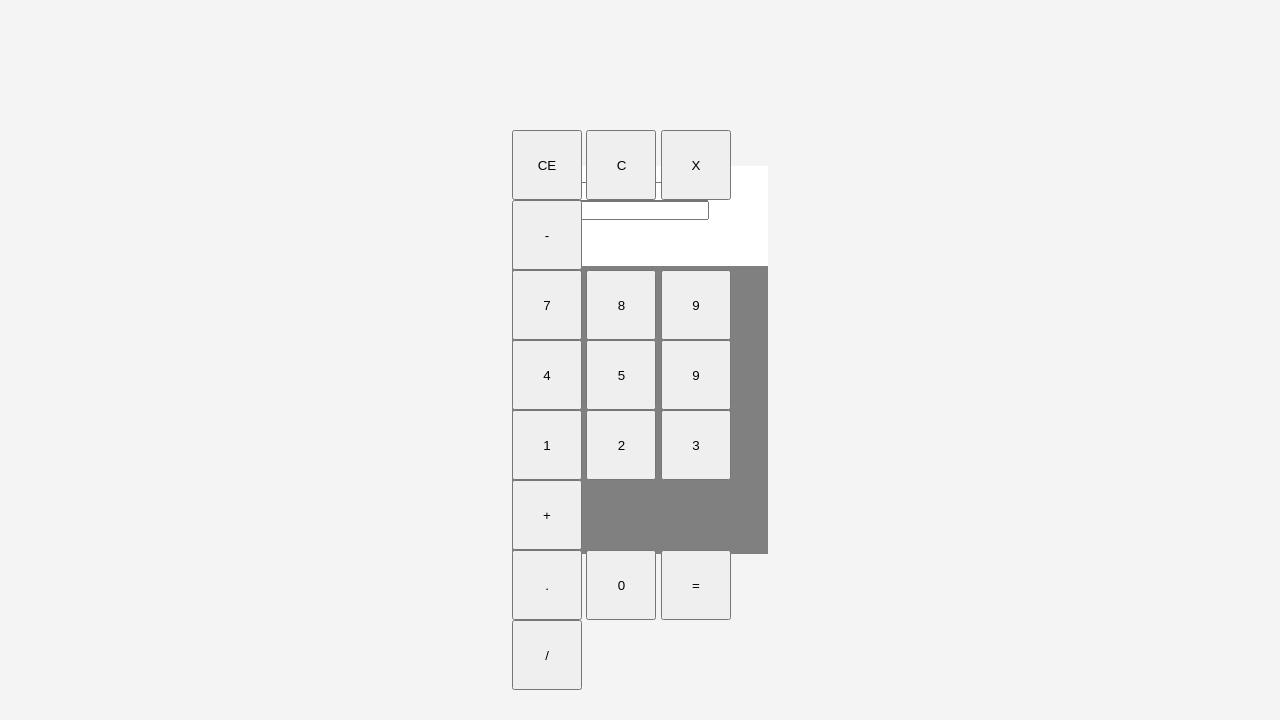
Repository: DNature/calc
Page: index.html
These files come from the project's save history. The page is drawn as it stood at one moment and after the next save; the edit follows.
The browser window is 1280 px wide. The pictures show the whole page.

Above is the page before, as saved 2019-11-20 23:34:56.

After the next save:
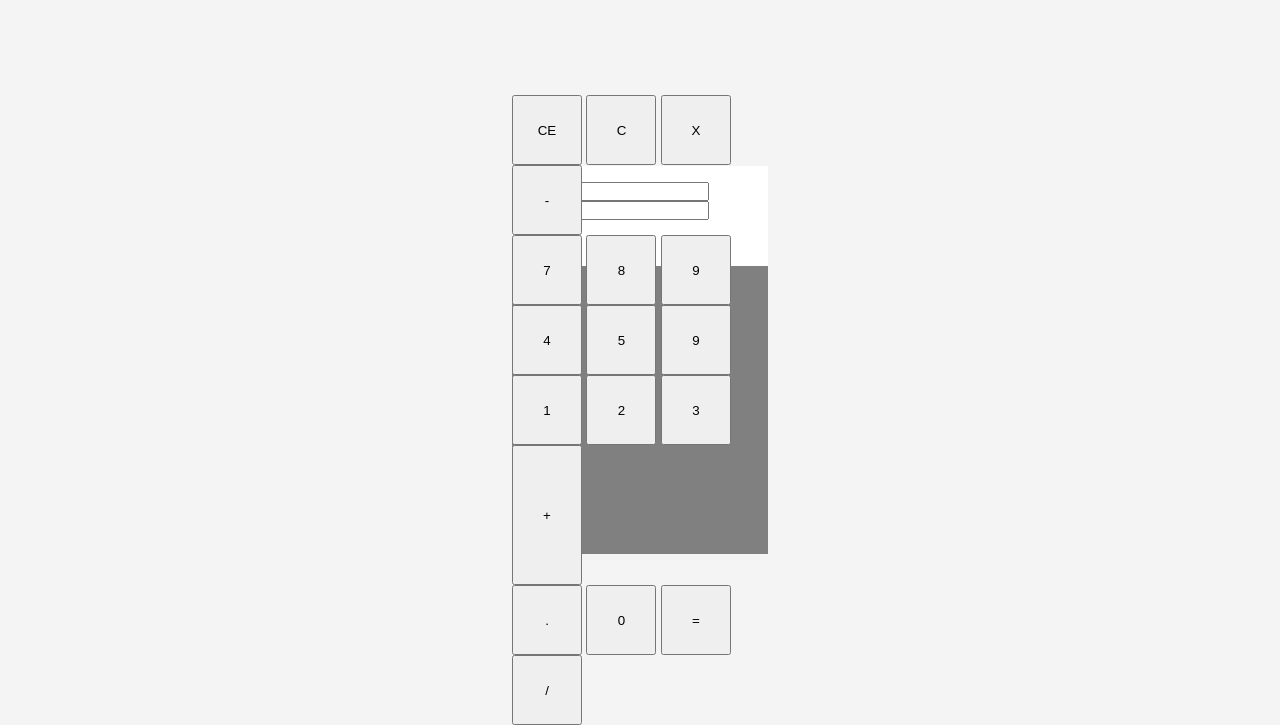
Saved 7 s later.
--- a/index.html
+++ b/index.html
@@ -35,7 +35,7 @@
           <button id="" class="button">1</button>
           <button id="" class="button">2</button>
           <button id="" class="button">3</button>
-          <button id="" class="button">+</button>
+          <button id="" class="button plus">+</button>
         </div>
         <div class="row">
           <button id="" class="button">.</button>

After the save that followed:
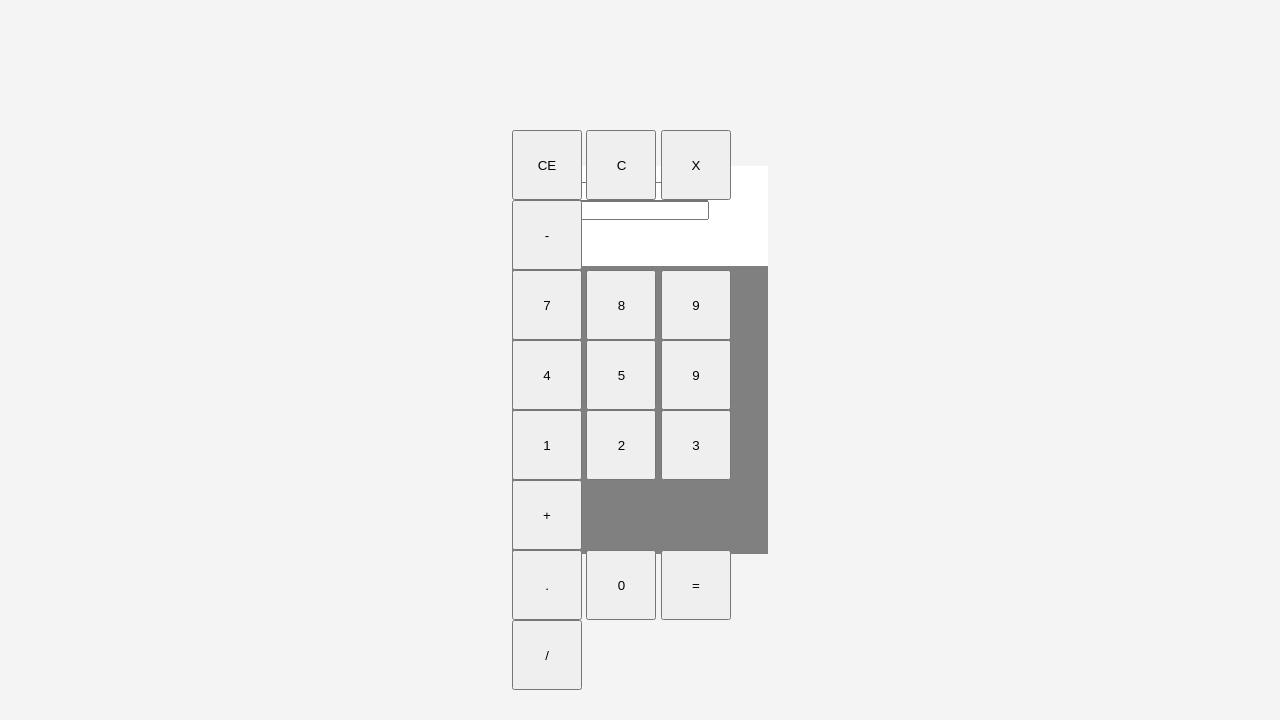
Saved 15 s later.
--- a/css/style.css
+++ b/css/style.css
@@ -39,7 +39,3 @@
   width: 70px;
   height: 70px;
 }
-
-.plus {
-  height: 140px;
-}
